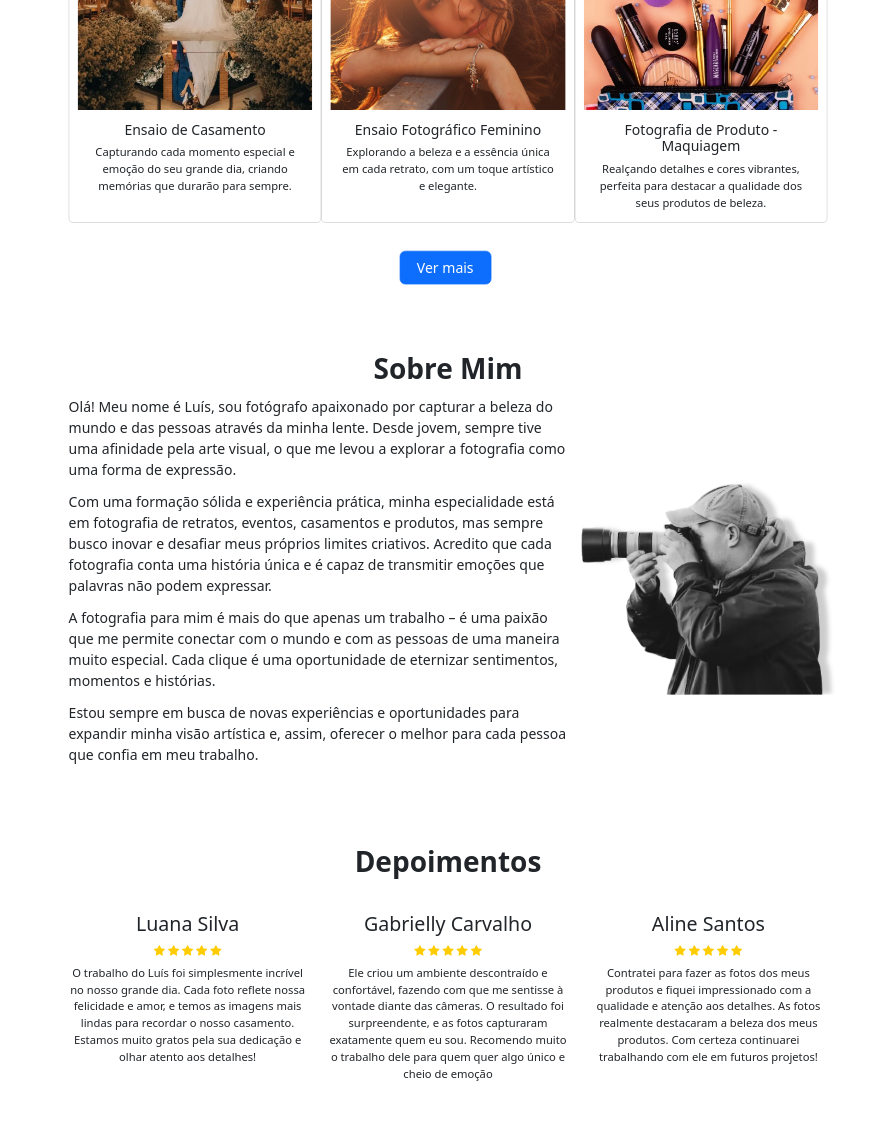
Repository: Marinalr-25/portifolio-fotografia
Page: index.html
An editor plug-in stored every save of this project. The page is shown before and after the next save, followed by the edit.
The browser window is 1280 px wide. The pictures show the part of the page from y = 855 to 2775 px (the page is 2465 px tall before and 2775 px after), at 70% of full size.
A picture or video elsewhere on the page could not be fetched, so the positions and the page height are approximate.

Above is the page before, as saved 2025-01-19 21:23:08.

### index.html
<!DOCTYPE html>
<html lang="pt-BR" data-bs-theme="dark">
  <head>
    <meta charset="utf-8" />
    <meta name="viewport" content="width=device-width, initial-scale=1" />
    <title>Portifolio Fotográfia</title>
    <link
      href="https://cdn.jsdelivr.net/npm/bootstrap@5.3.3/dist/css/bootstrap.min.css"
      rel="stylesheet"
      integrity="sha384-QWTKZyjpPEjISv5WaRU9OFeRpok6YctnYmDr5pNlyT2bRjXh0JMhjY6hW+ALEwIH"
      crossorigin="anonymous"
    />
    <!-- Bootstrap Icons -->
    <link
      href="https://cdn.jsdelivr.net/npm/bootstrap-icons/font/bootstrap-icons.css"
      rel="stylesheet"
    />
    <link rel="stylesheet" href="css/style.css" />
  </head>
  <body>
    <!-- Header -->
    <div class="container">
      <header
        class="d-flex flex-wrap justify-content-center py-3 mb-4 border-bottom fixed-top header header-light"
      >
        <a
          href="/"
          class="d-flex align-items-center mb-3 mb-md-0 me-md-auto link-body-emphasis text-decoration-none"
        >
          <svg
            xmlns="http://www.w3.org/2000/svg"
            width="40"
            height="32"
            class="d-block m-4 my-1 m"
            viewBox="0 0 118 94"
            role="img"
          >
            <title>Bootstrap</title>
            <path
              fill-rule="evenodd"
              clip-rule="evenodd"
              d="M24.509 0c-6.733 0-11.715 5.893-11.492 12.284.214 6.14-.064 14.092-2.066 20.577C8.943 39.365 5.547 43.485 0 44.014v5.972c5.547.529 8.943 4.649 10.951 11.153 2.002 6.485 2.28 14.437 2.066 20.577C12.794 88.106 17.776 94 24.51 94H93.5c6.733 0 11.714-5.893 11.491-12.284-.214-6.14.064-14.092 2.066-20.577 2.009-6.504 5.396-10.624 10.943-11.153v-5.972c-5.547-.529-8.934-4.649-10.943-11.153-2.002-6.484-2.28-14.437-2.066-20.577C105.214 5.894 100.233 0 93.5 0H24.508zM80 57.863C80 66.663 73.436 72 62.543 72H44a2 2 0 01-2-2V24a2 2 0 012-2h18.437c9.083 0 15.044 4.92 15.044 12.474 0 5.302-4.01 10.049-9.119 10.88v.277C75.317 46.394 80 51.21 80 57.863zM60.521 28.34H49.948v14.934h8.905c6.884 0 10.68-2.772 10.68-7.727 0-4.643-3.264-7.207-9.012-7.207zM49.948 49.2v16.458H60.91c7.167 0 10.964-2.876 10.964-8.281 0-5.406-3.903-8.178-11.425-8.178H49.948z"
              fill="currentColor"
            ></path>
          </svg>
          <span class="fs-4">Fotográfo Bootstrap</span>
        </a>

        <ul class="nav nav-pills">
          <li class="nav-item">
            <a href="#home" class="nav-link active" aria-current="page">Home</a>
          </li>
          <li class="nav-item">
            <a href="#galeria" class="nav-link">Galeria</a>
          </li>
          <li class="nav-item">
            <a href="#sobre" class="nav-link">Sobre mim</a>
          </li>
          <li class="nav-item">
            <a href="#servicos" class="nav-link">Serviços</a>
          </li>
          <li class="nav-item">
            <a href="#contato" class="nav-link">Contato</a>
          </li>
          <button id="toggleThemeBtn" class="btn btn-light me-3">
            <i id="themeIcon" class="bi bi-brightness-high"></i>
          </button>
        </ul>
      </header>
    </div>

    <!-- Hero -->
    <div id="home" class="container col-xxl-8 px-4 py-5">
      <div class="row flex-lg-row-reverse align-items-center g-5 py-5">
        <div class="col-10 col-sm-8 col-lg-6">
          <img
            src="src/fotografiaHero.jpg"
            class="d-block mx-lg-auto img-fluid img-hero"
            alt="Bootstrap Themes"
            width="700"
            height="500"
            loading="lazy"
          />
        </div>
        <div class="col-lg-6">
          <h1 class="fw-bold text-body-emphasis lh-1 mb-3">
            Capturando Momentos, Criando Memórias
          </h1>
          <p class="lead">
            Com uma abordagem única e criativa, busco capturar a essência de
            cada cena e emoção. Meu trabalho é uma mistura de técnica, paixão e
            sensibilidade. Através da minha lente, tento criar imagens que falam
            por si mesmas.
          </p>
          <div class="d-grid gap-2 d-md-flex justify-content-md-start">
            <button type="button" class="btn btn-primary btn-lg px-4 me-md-2">
              Veja meu trabalho
            </button>
            <button type="button" class="btn btn-outline-secondary btn-lg px-4">
              Entre em Contato
            </button>
          </div>
        </div>
      </div>
    </div>

    <!-- Galeria -->
    <div id="galeria" class="container col-xxl-8 px-4 py-5 p-4 text-center">
      <h1 class="fw-bold mb-3">Galeria</h1>
      <div class="row p-3">
        <div class="card col-lg-4 col-12 mb-4">
          <img
            src="src/casamento.webp"
            class="card-img-top"
            alt="ensaio fotografico de casamento"
          />
          <div class="card-body">
            <h5 class="card-title">Ensaio de Casamento</h5>
            <p class="card-text">
              Capturando cada momento especial e emoção do seu grande dia,
              criando memórias que durarão para sempre.
            </p>
          </div>
        </div>
        <div class="card col-lg-4 col-12 mb-4">
          <img
            src="src/ensaiofotografico.jpeg"
            class="card-img-top"
            alt="ensaio fotografico de uma mulher"
          />
          <div class="card-body">
            <h5 class="card-title">Ensaio Fotográfico Feminino</h5>
            <p class="card-text">
              Explorando a beleza e a essência única em cada retrato, com um
              toque artístico e elegante.
            </p>
          </div>
        </div>
        <div class="card col-lg-4 col-12 mb-4">
          <img
            src="src/maquiagem.jpg"
            class="card-img-top"
            alt="ensaio fotografico de produto (maquiagem)"
          />
          <div class="card-body">
            <h5 class="card-title">Fotografia de Produto - Maquiagem</h5>
            <p class="card-text">
              Realçando detalhes e cores vibrantes, perfeita para destacar a
              qualidade dos seus produtos de beleza.
            </p>
          </div>
        </div>
      </div>
      <button type="button" class="btn btn-primary btn-lg px-4 me-md-2">
        Ver mais
      </button>
    </div>

    <!-- Sobre mim -->
    <div id="sobre" class="container px-4 py-5">
      <div class="row justify-content-center align-items-center">
        <h1 class="fw-bold mb-3 text-center">Sobre Mim</h1>
        <div class="col-lg-8 pe-3">
          <p class="lead">
            Olá! Meu nome é Luís, sou fotógrafo apaixonado por capturar a beleza
            do mundo e das pessoas através da minha lente. Desde jovem, sempre
            tive uma afinidade pela arte visual, o que me levou a explorar a
            fotografia como uma forma de expressão.
          </p>
          <p class="lead">
            Com uma formação sólida e experiência prática, minha especialidade
            está em fotografia de retratos, eventos, casamentos e produtos, mas
            sempre busco inovar e desafiar meus próprios limites criativos.
            Acredito que cada fotografia conta uma história única e é capaz de
            transmitir emoções que palavras não podem expressar.
          </p>
          <p class="lead">
            A fotografia para mim é mais do que apenas um trabalho – é uma
            paixão que me permite conectar com o mundo e com as pessoas de uma
            maneira muito especial. Cada clique é uma oportunidade de eternizar
            sentimentos, momentos e histórias.
          </p>
          <p class="lead">
            Estou sempre em busca de novas experiências e oportunidades para
            expandir minha visão artística e, assim, oferecer o melhor para cada
            pessoa que confia em meu trabalho.
          </p>
        </div>
        <div class="fotografo"></div>
      </div>
    </div>

    <!-- Clientes -->
    <div id="clientes" class="container col-xxl-8 px-4 py-5 py-3">
      <div class="col mx-auto">
        <h1 class="fw-bold text-center mb-5">Depoimentos</h1>
        <div class="row">
          <div class="col-lg-4 text-center">
            <h3>Luana Silva</h3>
            <div class="mb-2">
              <i class="bi bi-star-fill estrela"></i>
              <i class="bi bi-star-fill estrela"></i>
              <i class="bi bi-star-fill estrela"></i>
              <i class="bi bi-star-fill estrela"></i>
              <i class="bi bi-star-fill estrela"></i>
            </div>

            <p>
              O trabalho do Luís foi simplesmente incrível no nosso grande dia.
              Cada foto reflete nossa felicidade e amor, e temos as imagens mais
              lindas para recordar o nosso casamento. Estamos muito gratos pela
              sua dedicação e olhar atento aos detalhes!
            </p>
          </div>
          <div class="col-lg-4 text-center">
            <h3>Gabrielly Carvalho</h3>
            <div class="mb-2">
              <i class="bi bi-star-fill estrela"></i>
              <i class="bi bi-star-fill estrela"></i>
              <i class="bi bi-star-fill estrela"></i>
              <i class="bi bi-star-fill estrela"></i>
              <i class="bi bi-star-fill estrela"></i>
            </div>
            <p>
              Ele criou um ambiente descontraído e confortável, fazendo com que
              me sentisse à vontade diante das câmeras. O resultado foi
              surpreendente, e as fotos capturaram exatamente quem eu sou.
              Recomendo muito o trabalho dele para quem quer algo único e cheio
              de emoção
            </p>
          </div>
          <div class="col-lg-4 text-center">
            <h3>Aline Santos</h3>
            <div class="mb-2">
              <i class="bi bi-star-fill estrela"></i>
              <i class="bi bi-star-fill estrela"></i>
              <i class="bi bi-star-fill estrela"></i>
              <i class="bi bi-star-fill estrela"></i>
              <i class="bi bi-star-fill estrela"></i>
            </div>
            <p>
              Contratei para fazer as fotos dos meus produtos e fiquei
              impressionado com a qualidade e atenção aos detalhes. As fotos
              realmente destacaram a beleza dos meus produtos. Com certeza
              continuarei trabalhando com ele em futuros projetos!
            </p>
          </div>
        </div>
      </div>
    </div>

    <script
      src="https://cdn.jsdelivr.net/npm/@popperjs/core@2.11.8/dist/umd/popper.min.js"
      integrity="sha384-I7E8VVD/ismYTF4hNIPjVp/Zjvgyol6VFvRkX/vR+Vc4jQkC+hVqc2pM8ODewa9r"
      crossorigin="anonymous"
    ></script>
    <script
      src="https://cdn.jsdelivr.net/npm/bootstrap@5.3.3/dist/js/bootstrap.min.js"
      integrity="sha384-0pUGZvbkm6XF6gxjEnlmuGrJXVbNuzT9qBBavbLwCsOGabYfZo0T0to5eqruptLy"
      crossorigin="anonymous"
    ></script>
    <script src="js/script.js"></script>
  </body>
</html>

### css/style.css
/* Style Bootstrap */

.bd-placeholder-img {
  font-size: 1.125rem;
  text-anchor: middle;
  -webkit-user-select: none;
  -moz-user-select: none;
  user-select: none;
}

@media (min-width: 768px) {
  .bd-placeholder-img-lg {
    font-size: 3.5rem;
  }
}

.b-example-divider {
  width: 100%;
  height: 3rem;
  background-color: rgba(0, 0, 0, 0.1);
  border: solid rgba(0, 0, 0, 0.15);
  border-width: 1px 0;
  box-shadow: inset 0 0.5em 1.5em rgba(0, 0, 0, 0.1),
    inset 0 0.125em 0.5em rgba(0, 0, 0, 0.15);
}

.b-example-vr {
  flex-shrink: 0;
  width: 1.5rem;
  height: 100vh;
}

.bi {
  vertical-align: -0.125em;
  fill: currentColor;
}

.nav-scroller {
  position: relative;
  z-index: 2;
  height: 2.75rem;
  overflow-y: hidden;
}

.nav-scroller .nav {
  display: flex;
  flex-wrap: nowrap;
  padding-bottom: 1rem;
  margin-top: -1px;
  overflow-x: auto;
  text-align: center;
  white-space: nowrap;
  -webkit-overflow-scrolling: touch;
}

.btn-bd-primary {
  --bd-violet-bg: #712cf9;
  --bd-violet-rgb: 112.520718, 44.062154, 249.437846;

  --bs-btn-font-weight: 600;
  --bs-btn-color: var(--bs-white);
  --bs-btn-bg: var(--bd-violet-bg);
  --bs-btn-border-color: var(--bd-violet-bg);
  --bs-btn-hover-color: var(--bs-white);
  --bs-btn-hover-bg: #6528e0;
  --bs-btn-hover-border-color: #6528e0;
  --bs-btn-focus-shadow-rgb: var(--bd-violet-rgb);
  --bs-btn-active-color: var(--bs-btn-hover-color);
  --bs-btn-active-bg: #5a23c8;
  --bs-btn-active-border-color: #5a23c8;
}

.bd-mode-toggle {
  z-index: 1500;
}

.bd-mode-toggle .dropdown-menu .active .bi {
  display: block !important;
}

/* CSS próprio */

/* Header */
.header-light {
  background-color: #fff;
  color: #000;
}

.header-dark {
  background-color: #212529;
  color: #fff;
}

/* Hero */
.img-hero {
  width: 1000px;
}

/* Galeria */
.card-img-top {
  width: 100%;
  height: 300px;
  object-fit: cover;
}

/* sobre mim */
.fotografo {
  background-image: url(/src/fotografosombracortada.png);
  background-position: center;
  background-repeat: no-repeat;
  background-size: contain;
  width: 364px;
  height: 308px;
}

/* Clientes */
.estrela {
  color: #ffcc00;
}

### js/script.js
const toggleThemeBtn = document.getElementById('toggleThemeBtn');
const themeIcon = document.getElementById('themeIcon');
const header = document.querySelector('.header');
const body = document.body;

// Função para definir o ícone, tema e a classe do botão ao carregar a página
function setInitialTheme() {
  if (body.getAttribute('data-bs-theme') === 'dark') {
    themeIcon.classList.remove('bi-brightness-high');
    themeIcon.classList.add('bi-moon-stars-fill');
    toggleThemeBtn.classList.remove('btn-light');
    toggleThemeBtn.classList.add('btn-dark');
  } else {
    body.setAttribute('data-bs-theme', 'light');
    themeIcon.classList.remove('bi-moon-stars-fill');
    themeIcon.classList.add('bi-brightness-high');
    toggleThemeBtn.classList.remove('btn-dark');
    toggleThemeBtn.classList.add('btn-light');
  }
}

// Definir o tema inicial ao carregar
setInitialTheme();

toggleThemeBtn.addEventListener('click', () => {
  if (body.getAttribute('data-bs-theme') === 'dark') {
    body.setAttribute('data-bs-theme', 'light');
    themeIcon.classList.remove('bi-moon-stars-fill');
    themeIcon.classList.add('bi-brightness-high');
    header.classList.remove('header-dark');
    header.classList.add('header-light');
    toggleThemeBtn.classList.remove('btn-dark');
    toggleThemeBtn.classList.add('btn-light');
  } else {
    body.setAttribute('data-bs-theme', 'dark');
    themeIcon.classList.remove('bi-brightness-high');
    themeIcon.classList.add('bi-moon-stars-fill');
    header.classList.remove('header-light');
    header.classList.add('header-dark');
    toggleThemeBtn.classList.remove('btn-light');
    toggleThemeBtn.classList.add('btn-dark');
  }
});

After the next save:
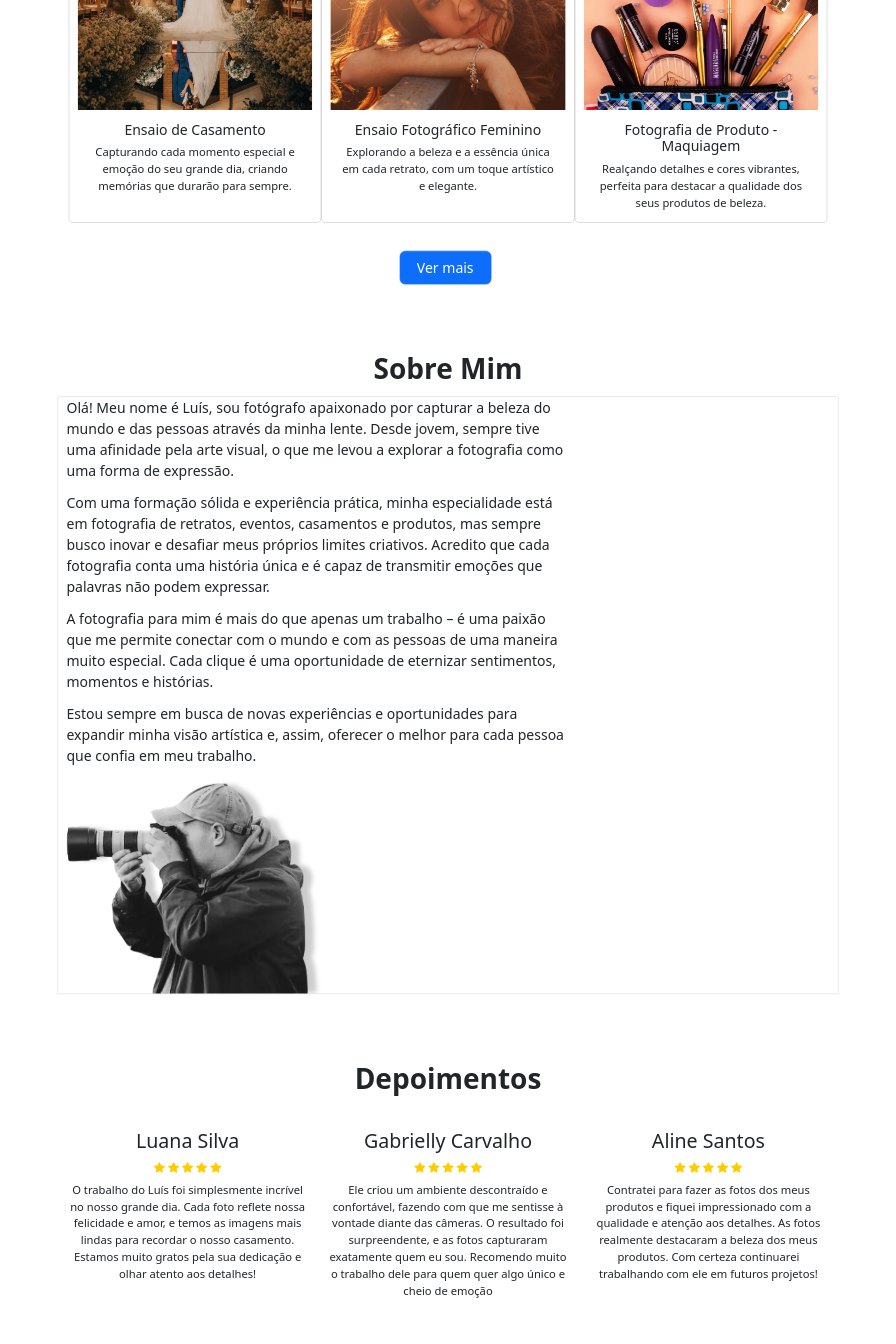
Saved 39 s later.
--- a/index.html
+++ b/index.html
@@ -160,33 +160,35 @@
     <div id="sobre" class="container px-4 py-5">
       <div class="row justify-content-center align-items-center">
         <h1 class="fw-bold mb-3 text-center">Sobre Mim</h1>
-        <div class="col-lg-8 pe-3">
-          <p class="lead">
-            Olá! Meu nome é Luís, sou fotógrafo apaixonado por capturar a beleza
-            do mundo e das pessoas através da minha lente. Desde jovem, sempre
-            tive uma afinidade pela arte visual, o que me levou a explorar a
-            fotografia como uma forma de expressão.
-          </p>
-          <p class="lead">
-            Com uma formação sólida e experiência prática, minha especialidade
-            está em fotografia de retratos, eventos, casamentos e produtos, mas
-            sempre busco inovar e desafiar meus próprios limites criativos.
-            Acredito que cada fotografia conta uma história única e é capaz de
-            transmitir emoções que palavras não podem expressar.
-          </p>
-          <p class="lead">
-            A fotografia para mim é mais do que apenas um trabalho – é uma
-            paixão que me permite conectar com o mundo e com as pessoas de uma
-            maneira muito especial. Cada clique é uma oportunidade de eternizar
-            sentimentos, momentos e histórias.
-          </p>
-          <p class="lead">
-            Estou sempre em busca de novas experiências e oportunidades para
-            expandir minha visão artística e, assim, oferecer o melhor para cada
-            pessoa que confia em meu trabalho.
-          </p>
-        </div>
-        <div class="fotografo"></div>
+        <div class="border">
+          <div class="col-lg-8 pe-3">
+            <p class="lead">
+              Olá! Meu nome é Luís, sou fotógrafo apaixonado por capturar a
+              beleza do mundo e das pessoas através da minha lente. Desde jovem,
+              sempre tive uma afinidade pela arte visual, o que me levou a
+              explorar a fotografia como uma forma de expressão.
+            </p>
+            <p class="lead">
+              Com uma formação sólida e experiência prática, minha especialidade
+              está em fotografia de retratos, eventos, casamentos e produtos,
+              mas sempre busco inovar e desafiar meus próprios limites
+              criativos. Acredito que cada fotografia conta uma história única e
+              é capaz de transmitir emoções que palavras não podem expressar.
+            </p>
+            <p class="lead">
+              A fotografia para mim é mais do que apenas um trabalho – é uma
+              paixão que me permite conectar com o mundo e com as pessoas de uma
+              maneira muito especial. Cada clique é uma oportunidade de
+              eternizar sentimentos, momentos e histórias.
+            </p>
+            <p class="lead">
+              Estou sempre em busca de novas experiências e oportunidades para
+              expandir minha visão artística e, assim, oferecer o melhor para
+              cada pessoa que confia em meu trabalho.
+            </p>
+          </div>
+          <div class="fotografo"></div>
+        </div>
       </div>
     </div>
 
